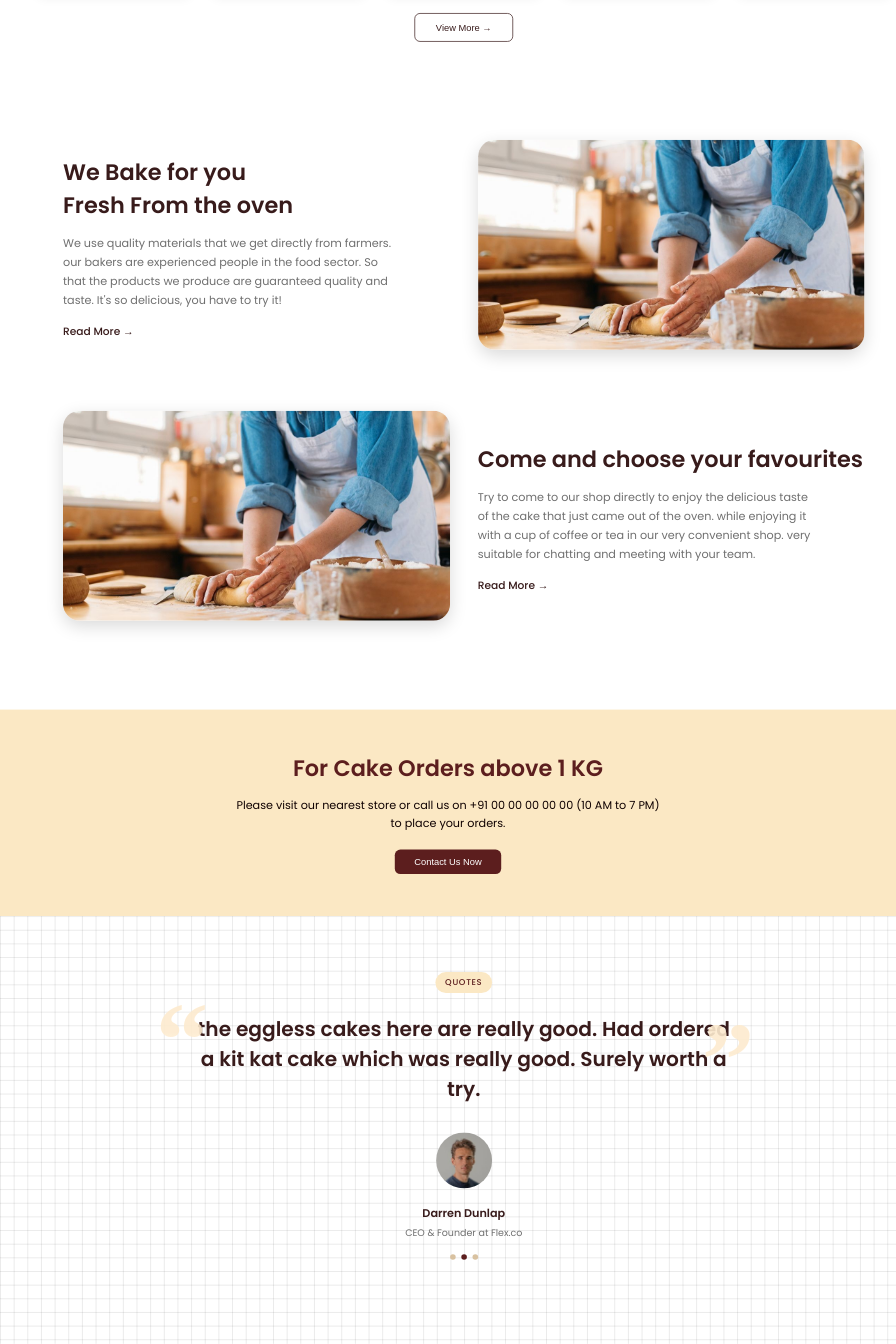
Repository: josegabrielzevallos/chocobrat-bakery-website
Page: index.html
These files come from the project's save history. The page is drawn as it stood at one moment and after the next save; the edit follows.
The browser window is 1280 px wide. The pictures show the part of the page from y = 1014 to 2934 px (the page is 2934 px tall), at 70% of full size.

Above is the page before, as saved 2025-11-20 17:35:55.

After the next save:
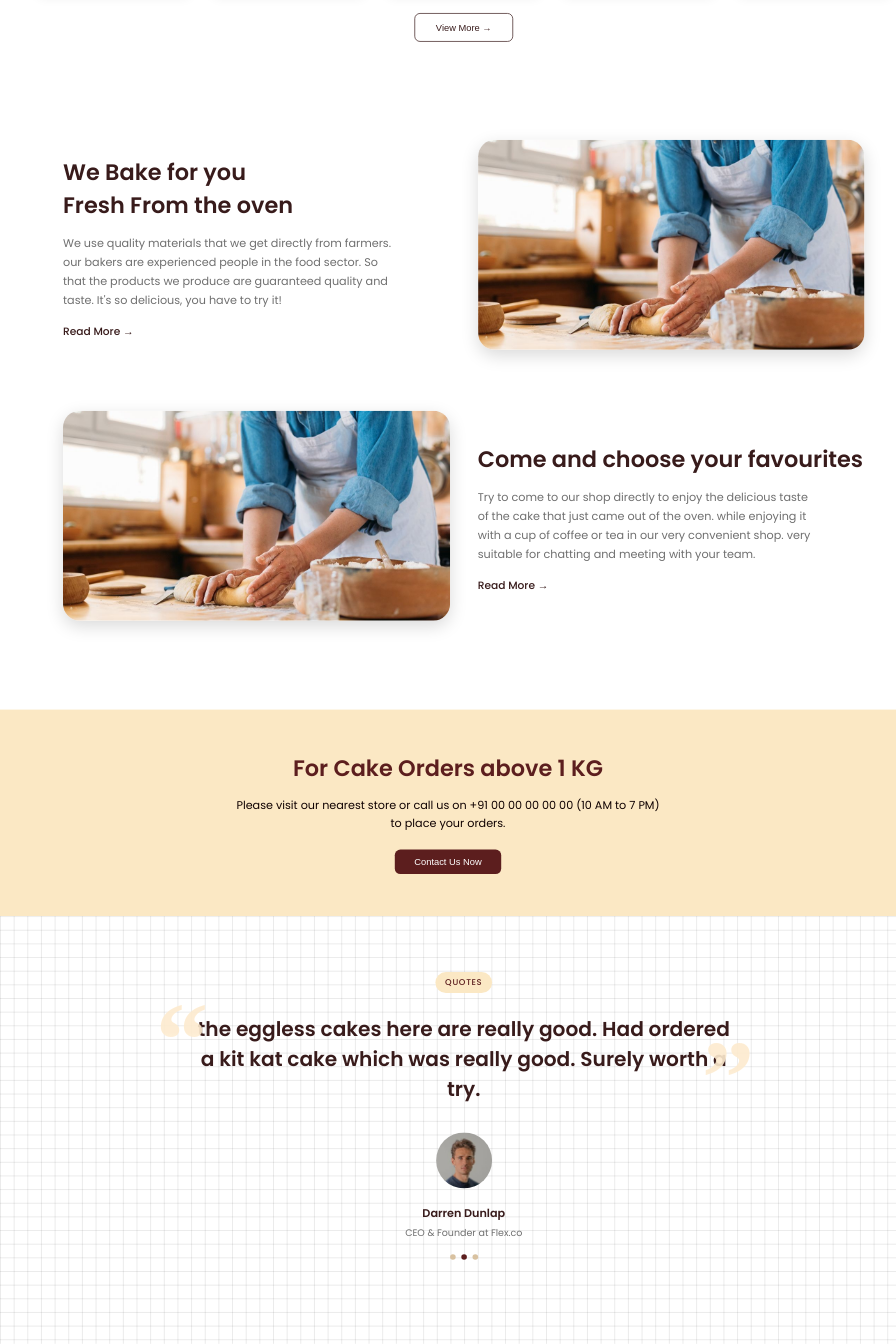
Saved 32 s later.
--- a/styles.css
+++ b/styles.css
@@ -427,7 +427,7 @@ header {
 .quote-text::after {
     content: "”";
     right: -25px;
-    bottom: -50px;
+    bottom: -75px;
 }
 
 
